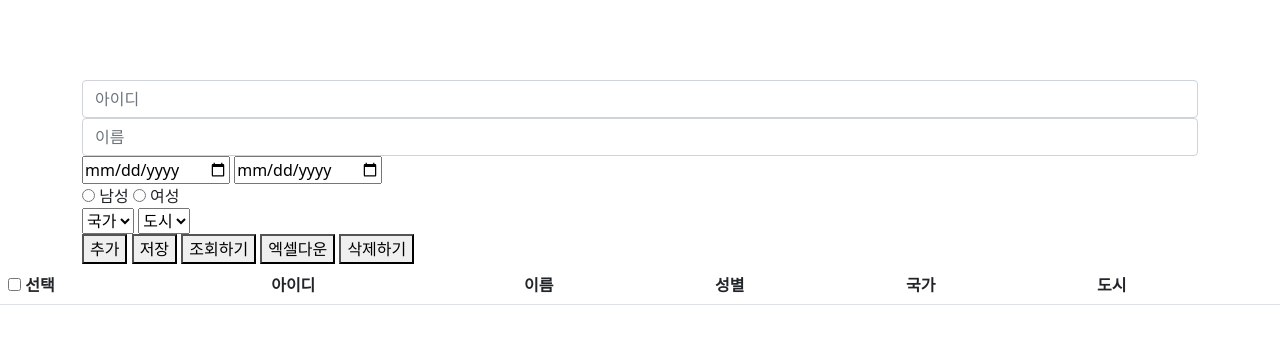
Repository: cactusvibeyjy/miniProject2
Page: http://localhost/test2/WEB-INF/views/home.jsp
An editor plug-in stored every save of this project. The page is shown before and after the next save, followed by the edit.
The browser window is 1280 px wide. The pictures show the whole page.
The page is served by Tomcat 9. Nobody is signed in. The template is opened directly, without the code that normally fills it, so the values that code supplies are empty.

Above is the page before, as saved 2023-02-17 05:24:57.

After the next save:
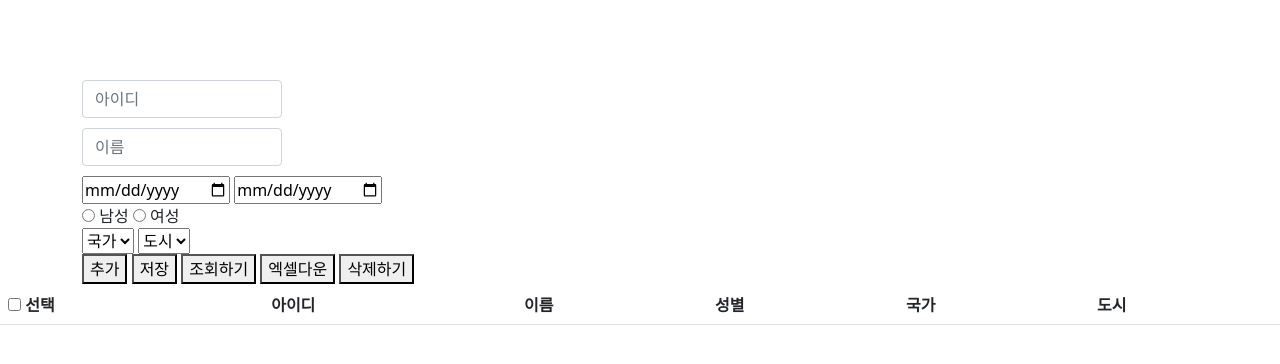
Saved 22 s later.
--- a/test2/src/main/webapp/WEB-INF/views/home.jsp
+++ b/test2/src/main/webapp/WEB-INF/views/home.jsp
@@ -92,8 +92,10 @@
 
 	<div class="container" style= "margin-top: 80px">
 		<div>
-			<input type="text" id="memberId" placeholder="아이디" class="form-control" value="" />
-			<input type="text" id="memberNm" placeholder="이름" class="form-control" />
+			<input type="text" id="memberId" placeholder="아이디" class="form-control" value=""
+			style= "width: 200px; margin-bottom:10px"/>
+			<input type="text" id="memberNm" placeholder="이름" class="form-control"
+			style= "width: 200px; margin-bottom:10px"/>
 		</div>
 		<div>
 			<input type="date" name="startDate" id="startDate" />
